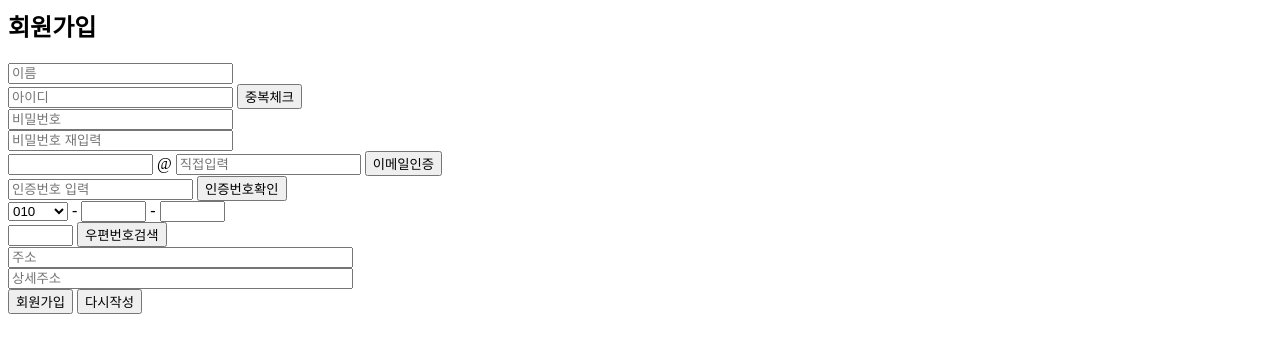
Repository: keepsus/gaebokchi
Page: http://localhost/uzuslime/member/memberWriteForm.jsp
An editor plug-in stored every save of this project. The page is shown before and after the next save, followed by the edit.
The browser window is 1280 px wide. The pictures show the whole page.
The page is served by Tomcat 9. Nobody is signed in. The application's start-up code is not run. Other server files are loaded and not shown.

Above is the page before, as saved 2021-01-31 05:22:37.

### uzuslime/src/main/webapp/member/memberWriteForm.jsp
<%@ page language="java" contentType="text/html; charset=UTF-8"
    pageEncoding="UTF-8"%>


<form name="memberWriteForm" method="post" action="/slime/member/write">
	<div>
	    <h2 class="signUp-header">회원가입</h2>
	</div>
	<article class="signUp-main">
	    <div class="signUp-name-form">
	        <input type="text" class="sign-name" id="signName" name="member_name" size="25" placeholder="이름">
	        <div id="nameDiv"></div>
	    </div>


	    <div class="signUp-id-form">
	        <input type="text" class="member_id" id="member_id" size="25" placeholder="아이디">
	        <input type="button" class="check-Btn" value="중복체크" id="checkBtn"><br>
	        <input type="hidden" id="check" value="">
	      <div id="idDiv"></div>

	    </div>


	    <div class="signUp-pwd-form">
	        <input type="password" class="sign-pwd" id="signPwd" name="member_pw" size="25" placeholder="비밀번호">
	        <div id="pwdDiv"></div>
	    </div>


	    <div class="signUp-rePwd-form">
	        <input type="password" class="sign-repwd" id="signRePwd" name="repw" size="25" placeholder="비밀번호 재입력">
	        <div id="repwdDiv"></div>
	    </div>


	    <div class="signUp-email-form">
	        <input type="text" class="sign-email1" name="email1" size="15">
	        @
	        <input type="email" class="sign-email2" name="email2" list="email2" placeholder="직접입력">
	        <datalist id="email2">
	            <option value="gmail.com">
	            <option value="naver.com">
	            <option value="hanmail.net">
	        </datalist>
	        <input type="button" class="email-Btn" value="이메일인증" id="emailBtn"><br>
	         <input type="text" class="check-email" name="check-email" placeholder="인증번호 입력">
	        <input type="button" class="email-check-Btn" value="인증번호확인" id="emailCheckBtn"><br>
	    </div>


	    <div class="signUp-phone-form">
	        <select name="tel1" class="sign-tel1" style="width: 60px;">
	            <option value="010">010
	            <option value="011">011
	            <option value="019">019
	        </select>
	         -
	         <input type="text" class="sign-tel2" name="tel2" size="5">
	         -
	         <input type="text" class="sign-tel3" name="tel3" size="5">
	    </div>


	    <div class="signUp-address-form">
	        <input type="text" class="sign-post" id="postcode" name="zipcode" size="5" readonly>
	        <input type="button" class="check-Post-Btn" value="우편번호검색" id="checkPostBtn"><br>
	        <input type="text" class="sign-address" id="address" name="addr1" size="40"  readonly placeholder="주소"><br>
	        <input type="text" class="sign-detail" id="detailAddress" name="addr2" size="40" placeholder="상세주소">
	    </div>


	    <div class="signUp-btn-box">
	        <input type="button" id="writeBtn" value="회원가입">
	        <input type="reset" value="다시작성">
	    </div>
	</article>

</form>
<script type="text/javascript" src="https://code.jquery.com/jquery-3.5.1.min.js"></script>	<!-- 위아래 순서가 바뀌면 안된다 -->
<script type="text/javascript" src="/slime/js/member.js?ver=1"></script>	<!-- 위아래 순서가 바뀌면 안된다 -->

### uzuslime/src/main/webapp/js/member.js
//로그인
$('#loginBtn').click(function(){
	$('#loginIdDiv').empty();
	$('#loginPwdDiv').empty();

	if($('#loginId').val()==''){
		$('#loginIdDiv').text('아이디를 입력')
						.css('color','red')
						.css('font-size','8pt')
						.css('font-weight','bold');

	}else if($('#loginPwd').val()==''){
		$('#loginPwdDiv').text('비밀번호를 입력')
						 .css('color','red')
						 .css('font-size','8pt')
						 .css('font-weight','bold');
	}else{
		$.ajax({
			type : 'post',
			url: '/slime/member/login',
			data: {'member_id': $('#loginId').val(), 'pwpwpw': $('#loginPwd').val()},

			dataType: 'text',
			success: function(data){
				if(data == 'success'){
					location.href = '/slime/index.jsp';

				}else if(data == 'fail'){

					alert('잘못된 정보입니다. 다시 입력해주세요.');
				}
			},//success
			error: function(err){
				console.log(err);
			}//error

		});//ajax
	}//else
});//click

//회원가입
$('#writeBtn').click(function(){
	$('#nameDiv').empty();
	$('#idDiv').empty();
	$('#pwdDiv').empty();
	$('#repwdDiv').empty();
	$('#emailDiv').empty();
	var idReg = /^[A-za-z0-9]/g;
	//아이디 한글못넣게 하는 것
	//[영문 대문자 또는 소문자로 시작하는 아이디, 끝날때 제한 없음]

	//if($('#name').val()==''){ -> 방법 1
	//if($('input[id=member_name]').val()==''){ -> 방법 2
	//id 속성이용은 2가지 방법 모두 가능
	if($('input[id=member_name]').val()==''){
		$('#nameDiv').text('이름을 입력하세요');
		$('#nameDiv').css('color','red');
		$('#nameDiv').css('font-size','8pt');
		$('#nameDiv').css('font-weight','bold');

	}else if($('#member_id').val()==''){	//id 속성이용
		$('#idDiv').text('아이디를 입력하세요');
		$('#idDiv').css('color','red');
		$('#idDiv').css('font-size','8pt');
		$('#idDiv').css('font-weight','bold');

	}else if( !idReg.test( $("input[id=member_id]").val() ) ){
		$('#idDiv').text('아이디는 영문자로 시작하는 6~20자 영문자 또는 숫자이어야 합니다.');
		$('#idDiv').css('color','red');
		$('#idDiv').css('font-size','8pt');
		$('#idDiv').css('font-weight','bold');

	}else if($('input[name=member_pw]').val()==''){
		$('#pwdDiv').text('비밀번호를 입력하세요')
		$('#pwdDiv').css('color','red')
		$('#pwdDiv').css('font-size','8pt')
		$('#pwdDiv').css('font-weight','bold');

	}else if($('input[name=repw]').val() != $('input[name=member_pw]').val()){
		$('#repwdDiv').text('비밀번호가 맞지 않습니다')
		$('#repwdDiv').css('color','red')
		$('#repwdDiv').css('font-size','8pt')
		$('#repwdDiv').css('font-weight','bold');

	}else if($('#member_id').val() != $('#check').val()){
		$('#idDiv').text('중복체크 하세요')
		$('#idDiv').css('color','red')
		$('#idDiv').css('font-size','8pt')
		$('#idDiv').css('font-weight','bold');

	}else if($('input[name=email1]').val()==''||$('input[name=email2]').val()==''){
		$('#emailDiv').text('이메일을 입력하세요')
		$('#emailDiv').css('color','red')
		$('#emailDiv').css('font-size','8pt')
		$('#emailDiv').css('font-weight','bold');

	}else{
		$('form[name=memberWriteForm]').submit();
	}
});

//중복 아이디 체크
$('#member_id').focusout(function(){
	if($('#member_id').val()==''){
		$('#idDiv').text('먼저 아이디를 입력하세요')
		$('#idDiv').css('color','magenta')
		$('#idDiv').css('font-size','8pt')
		$('#idDiv').css('font-weight','bold');

	}else{
		$.ajax({
			type: 'post',
			url: '/slime/member/checkId',
			data: 'member_id='+$('#member_id').val(),
			dataType: 'text',
			success: function(data){
				if(data == 'exist'){
					$('#idDiv').text('사용 불가능')
					$('#idDiv').css('color','magenta')
					$('#idDiv').css('font-size','8pt')
					$('#idDiv').css('font-weight','bold');

				}else if(data == 'non_exist'){
					$('#check').val($('#member_id').val());

					$('#idDiv').text('사용 가능')
					$('#idDiv').css('color','blue')
					$('#idDiv').css('font-size','8pt')
					$('#idDiv').css('font-weight','bold');
				}
			}
		});
	}
});

//우편번호
$('#checkPostBtn').click(function(){
	window.open("/slime/member/memberCheckPost", "zipcode", "width=700 height=500 scrollbars=yes");
});

$('#checkPostSearchBtn').click(function(){
	$.ajax({
		type: 'post',
		url: '/slime/member/checkPostSearch',
		data: $('#memberCheckPostForm').serialize(),	//serialize : '변수=값&변수=값'
		dataType: 'json',
		success: function(data){
			//alert(JSON.stringify(data));

			$('#checkPostTable tr:gt(2)').remove();

			$.each(data.list, function(index, items){
				var address = items.sido+' '
							+ items.sigungu+' '
							+ items.yubmyundong+' '
							+ items.ri+' '
							+ items.roadname+' '
							+ items.buildingname;

				address = address.replace(/null/g, '');

				$('<tr/>').append($('<td/>',{
					align: 'center',
					text: items.zipcode

				})).append($('<td/>',{
					colspan: '3',
					}).append($('<a/>',{
						href: '#',
						id: 'addressA',
						text: address
					}))
				).appendTo($('#checkPostTable'));
			});//each

			$('a').click(function(){
				//alert($(this).prop('tagName'));
				//alert($(this).parent().prev().text());

				$('#postcode', opener.document).val($(this).parent().prev().text());
				$('#address', opener.document).val($(this).text());
				$('#detailAddress', opener.document).focus();
				window.close();
			});
		},
		error: function(err){
			console.log(err);
		}
	});
});

//회원정보수정
$('#modifyBtn').click(function(){
	$('#nameDiv').empty();
	$('#pwdDiv').empty();
	$('#repwdDiv').empty();

	if($('#member_name').val()==''){
		$('#nameDiv').text('이름을 입력하세요');
		$('#nameDiv').css('color','red');
		$('#nameDiv').css('font-size','8pt');
		$('#nameDiv').css('font-weight','bold');

	}else if($('input[name=member_pw]').val()==''){
		$('#pwdDiv').text('비밀번호를 입력하세요')
		$('#pwdDiv').css('color','red')
		$('#pwdDiv').css('font-size','8pt')
		$('#pwdDiv').css('font-weight','bold');

	}else if($('input[name=repw]').val() != $('input[name=member_pw]').val()){
		$('#repwdDiv').text('비밀번호가 맞지 않습니다')
		$('#repwdDiv').css('color','red')
		$('#repwdDiv').css('font-size','8pt')
		$('#repwdDiv').css('font-weight','bold');

	}else{
		$.ajax({
			type: 'post',
			url: '/slime/member/modify',
			data: $('#memberModifyForm').serialize(),	//serialize : '변수=값&변수=값'
			success: function(){
				alert('회원정보수정 완료');
				location.href='/slime/mypage/myPageOrder.jsp';
			},
			error: function(err){
				console.log(err);
			}
		});
	}
});

//아이디 찾기
$('#searchBtn').click(function(){
	$.ajax({
		type: 'post',
		url: '/slime/member/memberIdSearch',
		data: $('#memberSearch').serialize(),
		dataType: 'text',
		success: function(data){
			alert("회원님의 ID는 "+data+" 입니다");
			location.href='/slime/index.jsp';
		},
		error: function(err){
			alert("틀린 정보입니다. 다시 확인해주세요.")
			console.log(err);
		}
	});
});


//이메일 인증 보내기
$('#emailBtn').click(function(){
	$('#emailDiv').empty();
	if($('input[name=email1]').val()==''||$('input[name=email2]').val()==''){
		$('#emailDiv').text('이메일을 입력하세요');
		$('#emailDiv').css('color','red');
		$('#emailDiv').css('font-size','8pt');
		$('#emailDiv').css('font-weight','bold');

	}else{
		$.ajax({
			type: 'post',
			url: '/slime/member/sendEmail',
			data: 'e_mail='+$('#email1').val()+'@'+$('#email2').val(),
			dataType: 'json',
			success: function(data){
				$('#emailDiv').text('이메일이 발송되었습니다. 인증번호를 입력헤주세요');
				$('#emailDiv').css('color','red');
				$('#emailDiv').css('font-size','8pt');
				$('#emailDiv').css('font-weight','bold');
				console.log('이메일 data ='+ JSON.stringify(data));//data가 들어오는것인가?이상한게 찍힌다.
				$('#checkEmailR').val(data.dice);//받은 인증번호를 jsp에 있는 hidden 속성에 넣어주기
			},
			error: function(err){
				console.log(err);
			}
		});
	}

});


//이메일 인증번호 확인
$('#emailCheckBtn').click(function(){
	$('#emailDiv').empty();

	if($('input[id=checkEmail]').val()==''){
		$('#emailDiv').text('이메일 인증번호를 입력해주세요 ')
		$('#emailDiv').css('color','magenta')
		$('#emailDiv').css('font-size','8pt')
		$('#emailDiv').css('font-weight','bold');

	}else{
		if
		(document.getElementById('checkEmail').value == document.getElementById('checkEmailR').value){
			$('#emailDiv').text('인증되었습니다.')
			$('#emailDiv').css('color','magenta')
			$('#emailDiv').css('font-size','8pt')
			$('#emailDiv').css('font-weight','bold');
		}else if
		(document.getElementById('checkEmail').value != document.getElementById('checkEmailR').value){
			$('#emailDiv').text('인증번호가 맞지 않습니다.')
			$('#emailDiv').css('color','magenta')
			$('#emailDiv').css('font-size','8pt')
			$('#emailDiv').css('font-weight','bold');
		}
	}

});

After the next save:
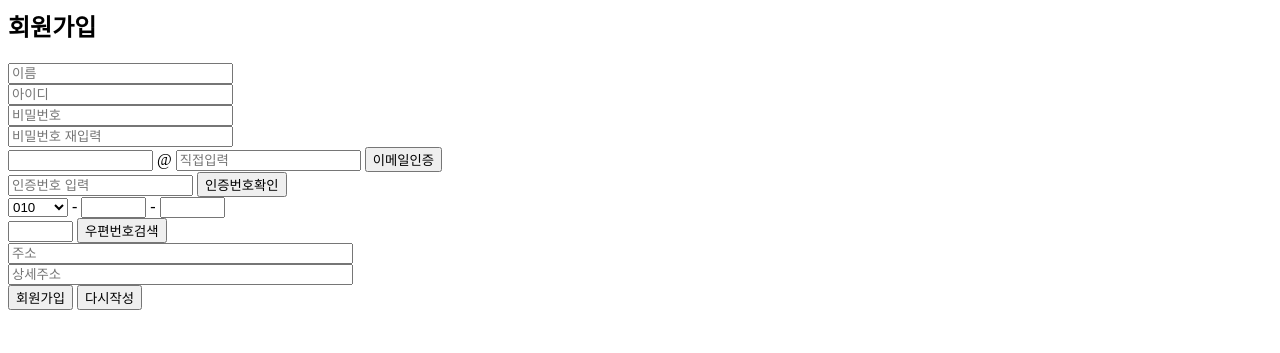
Saved 34 s later.
--- a/uzuslime/src/main/webapp/member/memberWriteForm.jsp
+++ b/uzuslime/src/main/webapp/member/memberWriteForm.jsp
@@ -15,8 +15,6 @@
 
 	    <div class="signUp-id-form">
 	        <input type="text" class="member_id" id="member_id" size="25" placeholder="아이디">
-	        <input type="button" class="check-Btn" value="중복체크" id="checkBtn"><br>
-	        <input type="hidden" id="check" value="">
 	      <div id="idDiv"></div>
 
 	    </div>
